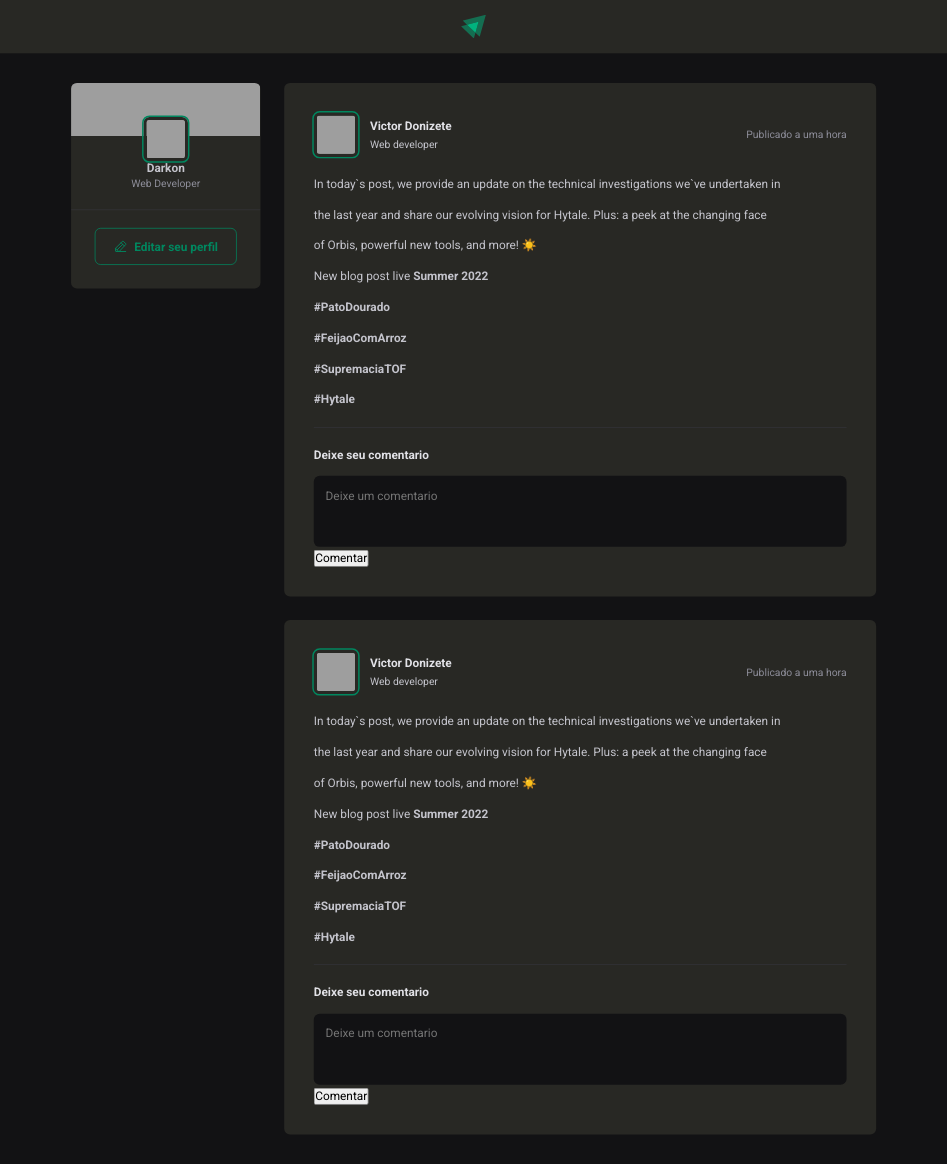
Repository: viviij/PseudoRedeSocial
Page: /
An editor plug-in stored every save of this project. The page is shown before and after the next save, followed by the edit.
The browser window is 1280 px wide. The pictures show the whole page, at 74% of full size.
Pictures or frames that could not be fetched are drawn as grey boxes. The project was rebuilt for these pictures with package versions that can differ from the ones it lists, and the page was loaded fresh each time. Also part of the build but not shown: vite.config.js.

Above is the page before, as saved 2022-08-02 12:28:38.

### index.html
<!DOCTYPE html>
<html lang="en">
  <head>
    <meta charset="UTF-8" />
    <link rel="preconnect" href="https://fonts.googleapis.com">
    <link rel="preconnect" href="https://fonts.gstatic.com" crossorigin>
    <link rel="icon" type="image/svg+xml" href="/vite.svg" />
    <meta name="viewport" content="width=device-width, initial-scale=1.0" />
    <link href="https://fonts.googleapis.com/css2?family=Roboto:wght@400;700&display=swap" rel="stylesheet">
    <title>RedeSocial</title>
  </head>
  <body>
    <div id="root"></div>
    <script type="module" src="/src/main.jsx"></script>
  </body>
</html>

### src/App.jsx
import { Header } from "./components/header";
import { Sidebar } from "./components/Sidebar"
import { Post } from "./components/Post"

import styles from "./App.module.css"
import "./global.css"
export function App() {
  return (
    <div>
      <Header />

      <div className={styles.wrapper}>
        <Sidebar />
        <main>
          <Post
            author="Victor Donizete"
            content="Texto generico criado apenas para simular uma postagem"
          />
          <Post
            author="Fernanda Medeiros"
            content="Texto generico criado apenas para simular uma postagem"
          />
        </main>
      </div>
    </div>
  )
}

### src/components/header.jsx
import styles from "./Header.module.css"

import IgniteLogo from '../assets/IgniteLogo.svg'

export function Header() {
  return (
    <header className={styles.header}>
      <img src={IgniteLogo} alt="Logo da ignite" />
    </header>
  )
}

### src/components/Sidebar.jsx
import styles from "./Sidebar.module.css"
import { PencilLine } from "phosphor-react"

export function Sidebar() {
  return (
    <aside className={styles.sidebar}>
      <img
        className={styles.cover}
        src="https://images.unsplash.com/photo-1659095579647-7c1bbc73b36f?ixlib=rb-1.2.1&ixid=MnwxMjA3fDB8MHxlZGl0b3JpYWwtZmVlZHw1fHx8ZW58MHx8fHw%3D&auto=format&fit=crop&w=500&q=10" alt="plano de fundo"
      />

      <div className={styles.profile}>
        <img
          className={styles.avatar}
          src="https://github.com/viviij.png" alt="Foto de perfil" />

        <strong>Darkon</strong>
        <span>Web Developer</span>
      </div>

      <footer>
        <a
          href="#">
          <PencilLine
            size={20}
          />
          Editar seu perfil
        </a>
      </footer>
    </aside>
  )
}

### src/components/Post.jsx
import styles from "./Post.module.css"

export function Post() {
  return (
    <article className={styles.post}>
      <header>
        <div className={styles.author}>
          <img className={styles.avatar} src="https://github.com/viviij.png" alt="Foto do perfil" />
          <div className={styles.authorInfo}>
            <strong>Victor Donizete</strong>
            <span>Web developer</span>
          </div>
        </div>
        <time title="1 de agosto as 00:13h" dateTime="2022-05-11 00:13:46">Publicado a uma hora</time>
      </header>

      <div className={styles.content}>
        <p> In today`s post, we provide an update on the technical investigations we`ve undertaken in</p> <p> the last year and share our evolving vision for Hytale. Plus: a peek at the changing face </p>
        <p> of Orbis, powerful new tools, and more! ☀️ </p>
        <p>New blog post live <a href="https://hytale.com/news/2022/7/summer-2022-development-update">Summer 2022</a></p>

        <p><a href="#">#PatoDourado</a></p>{' '}
        <p><a href="#">#FeijaoComArroz</a></p>{' '}
        <p><a href="#">#SupremaciaTOF</a></p>{' '}
        <p><a href="#">#Hytale</a></p>
      </div>

      <form className={styles.commentForm}>
        <strong>Deixe seu comentario</strong>

        <textarea
          placeholder="Deixe um comentario"
        />

        <button type="submit">Comentar</button>
      </form>
    </article>
  )
}

### src/App.module.css
.wrapper {
  max-width: 70rem;
  margin: 2rem auto;
  padding: 0.5rem 1rem;

  display: grid;
  grid-template-columns: 256px 1fr;
  gap: 2rem;
  align-items: flex-start;

}

### src/global.css
:root {
  --white: #ffffff;

  --gray-100: #e1e1e6;
  --gray-300: #c4c4cc;
  --gray-400: #8d8d99;
  --gray-600: #323238;
  --gray-700: #29292e;
  --gray-800: #282824;
  --gray-900: #121214;

  --green-300: #00B37E;
  --green-500: #00875f;
}

* {
  margin: 0;
  padding: 0;
  box-sizing: border-box;
}

body {
  background: var(--gray-900);
  color: var(--gray-300);
  -webkit-font-smoothing: antialiased;
}

body,
input,
textarea,
button {
  font-family: 'Roboto', sans-serif;
  font-weight: 400;
  font-size: 1rem;
}

### src/components/Sidebar.module.css
.sidebar {
  background: var(--gray-800);
  border-radius: 8px;
  overflow: hidden;
}

.cover {
  width: 100%;
  height: 72px;
  object-fit: cover;
}

.profile {
  display: flex;
  flex-direction: column;
  align-items: center;

  margin-top: calc(0px - 1.5rem - 6px);
}

.avatar {
  width: calc(3rem + 12px);
  height: calc(3rem + 12px);
  border-radius: 8px;
  border: 4px solid var(--gray-800);
  outline: 2px solid var(--green-500);
}

.prfile strong {
  margin: 1rem;
  color: var(--gray-100);
  line-height: 1.6;
}

.profile span {
  font-size: 0.875rem;
  color: var(--gray-400);
  line-height: 1.6;
}

.sidebar footer {
  border-top: 1px solid var(--gray-600);
  margin-top: 1.5rem;
  padding: 1.5rem 2rem 2rem;
}

.sidebar footer a {
  width: 100%;
  background: transparent;
  color: var(--green-500);
  border: 1px solid var(--green-500);
  border-radius: 8px;
  height: 50px;
  padding: 0 1.5rem;
  font-weight: bold;
  display: block;
  text-decoration: none;

  display: flex;
  align-items: center;
  justify-content: center;

  gap: 0.5rem;

  transition: color 0.5s, background-color 0.5s;
}

.sidebar footer a:hover {
  background: var(--green-500);
  color: var(--white)
}

### src/components/Post.module.css
.post {
  background: var(--gray-800);
  border-radius: 8px;
  padding: 2.5rem;
}

.post+.post {
  margin-top: 2rem;
}

.content {
  line-height: 1.6;
  color: var(--gray-300);
  margin-top: 1.5rem;
}

.content p {
  margin-top: 1rem;
}

.content a {
  font-weight: bold;
  color: var(--gray-500);
  text-decoration: none;
}

.content a:hover {
  color: var(--green-300);
}

.post>header {
  display: flex;
  align-items: center;
  justify-content: space-between;
}

.post>header time {
  font-size: 0.875rem;
  color: var(--gray-400);
}

.author {
  display: flex;
  align-items: center;
  gap: 1rem;
}

.author img {
  width: calc(3rem + 12px);
  height: calc(3rem + 12px);
  border-radius: 8px;
  border: 4px solid var(--gray-800);
  outline: 2px solid var(--green-500);
}

.authorInfo strong {
  display: block;
  color: var(--gray-100);
  line-height: 1.6;
}

.authorInfo span {
  display: block;
  font-size: 0.875rem;
  color: var(--grey-400);
  line-height: 1.6;
}

.commentForm {
  width: 100%;
  margin-top: 1.5rem;
  padding-top: 1.5rem;
  border-top: 1px solid var(--gray-600);
}

.commentForm>strong {
  line-height: 1.6;
  color: var(--gray-100);
}

.commentForm textarea {
  width: 100%;
  background: var(--gray-900);
  border: 0;
  resize: none;
  height: 6rem;
  padding: 1rem;
  border-radius: 8px;
  color: var(--gray-100);
  line-height: 1.4;
  margin-top: 1rem;
}

Loaded but not shown: src/main.jsx (common file); src/components/Header.module.css (common file)

After the next save:
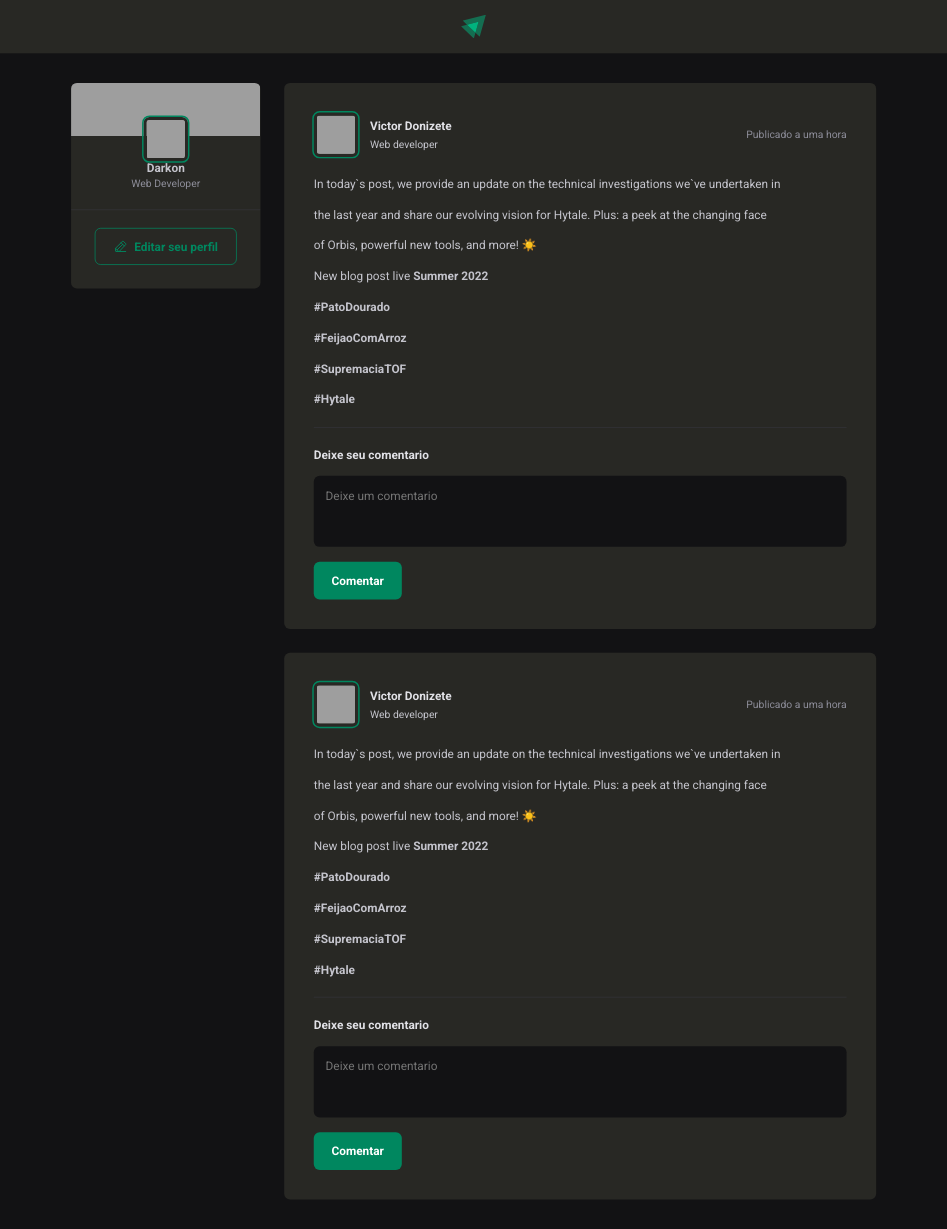
Saved 3 min 38 s later.
--- a/src/components/Post.module.css
+++ b/src/components/Post.module.css
@@ -90,3 +90,18 @@
   line-height: 1.4;
   margin-top: 1rem;
 }
+
+.commentForm button[type=submit] {
+  padding: 1rem 1.5rem;
+  margin-top: 1rem;
+  border-radius: 8px;
+  border: 0;
+  background: var(--green-500);
+  color: var(--white);
+  font-weight: bold;
+  cursor: pointer;
+}
+
+.commentForm button[type=submit]:hover {
+  background: var(--green-300);
+}
